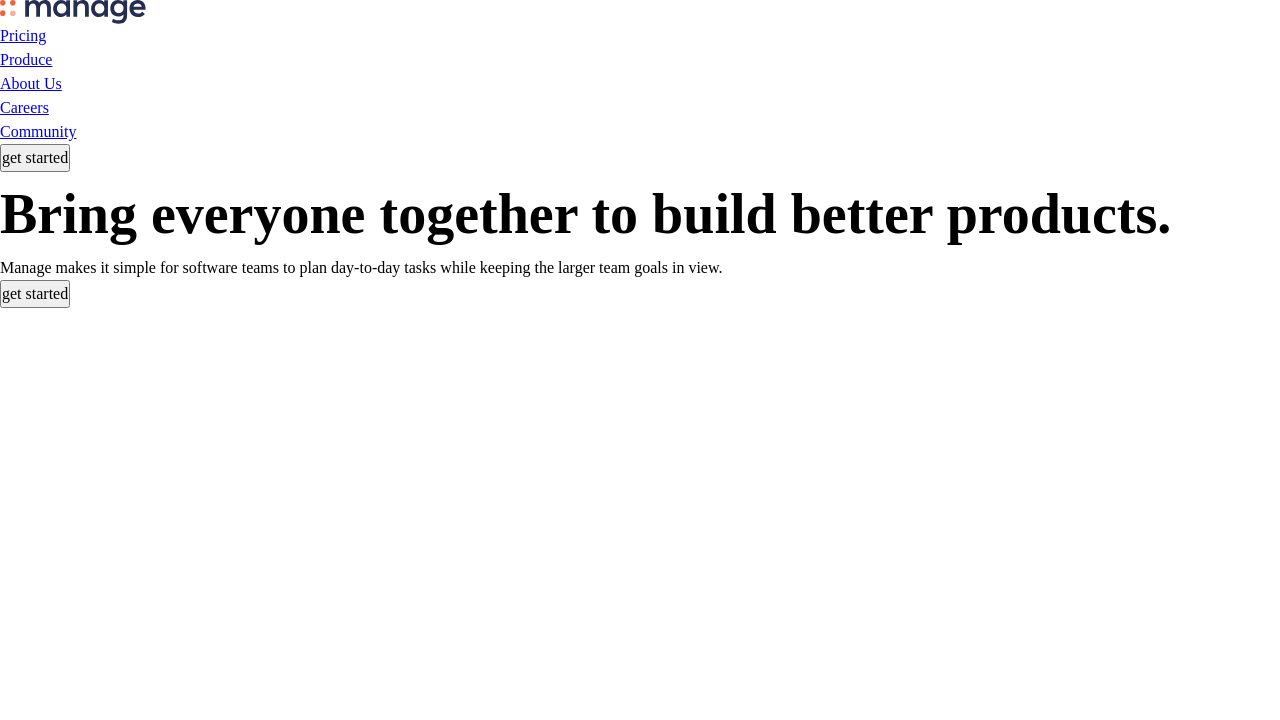
Repository: anthonybrown/website-practice
Page: index.html
The author's editor kept a copy of each file at every save. The page is drawn from the files as they stood at one save, then again after the next save.
The browser window is 1280 px wide. The pictures show the whole page.

Above is the page before, as saved 2023-04-18 09:29:01.

After the next save:
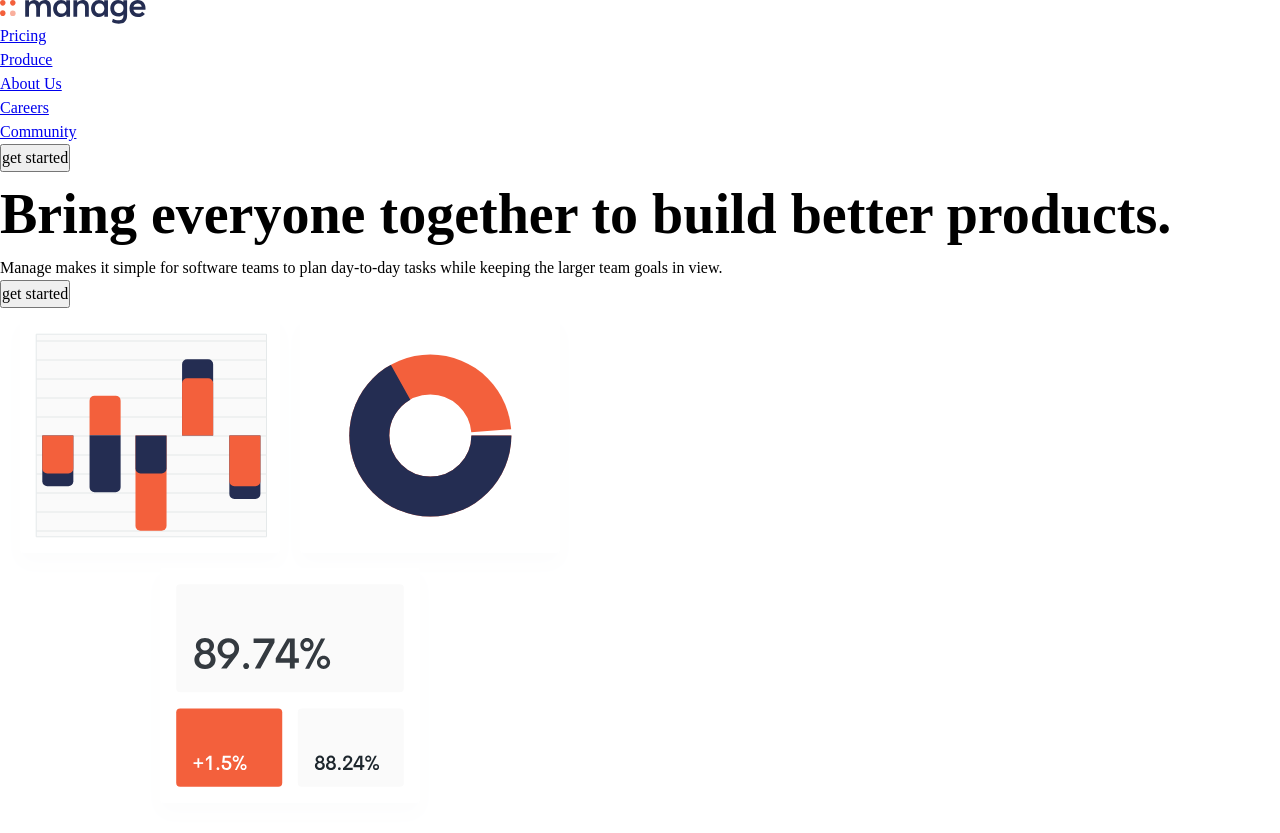
Saved 111 s later.
--- a/index.html
+++ b/index.html
@@ -46,7 +46,7 @@
             <button class="button">get started</button>
           </div>
           <div>
-
+            <img src="images/illustration-intro.svg" alt="">
           </div>
         </div>
       </div>
